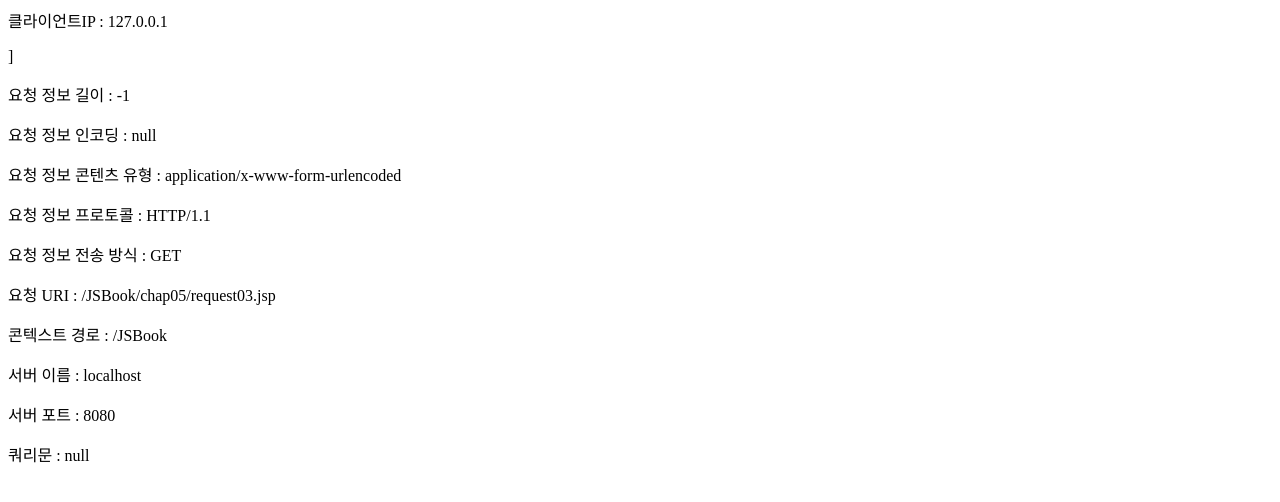
Repository: seonyoungan/ssu-computer
Page: http://localhost/JSBook/chap05/request03.jsp
These files come from the project's save history. The page is drawn as it stood at one moment and after the next save; the edit follows.
The browser window is 1280 px wide. The pictures show the whole page.
The page is served by Tomcat 9. Other server files are loaded and not shown.

Above is the page before, as saved 2023-10-02 05:57:30.

### web-programming/JSBook/WebContent/chap05/request03.jsp
<%@ page contentType="text/html; charset=utf-8" %>
<html>
<head>
<title>Implicit Object</title>
</head>
<body>

<p> 클라이언트IP : <%=request.getRemoteAddr() %></p>]
<p> 요청 정보 길이 : <%=request.getContentLength() %></p>
<p> 요청 정보 인코딩 : <%=request.getCharacterEncoding() %></p>
<p> 요청 정보 콘텐츠 유형 : <%=request.getContentType() %></p>
<p> 요청 정보 프로토콜 : <%=request.getProtocol() %></p>
<p> 요청 정보 전송 방식 : <%=request.getMethod() %></p>
<p> 요청 URI : <%=request.getRequestURI() %></p>
<p> 콘텍스트 경로 : <%=request.getContextPath() %></p>
<p> 서버 이름 : <%=request.getServerName() %></p>
<p> 서버 포트 : <%=request.getServerPort() %></p>
<p> 쿼리문 : <%=request.getQueryString() %></p>

</body>

</html>

After the next save:
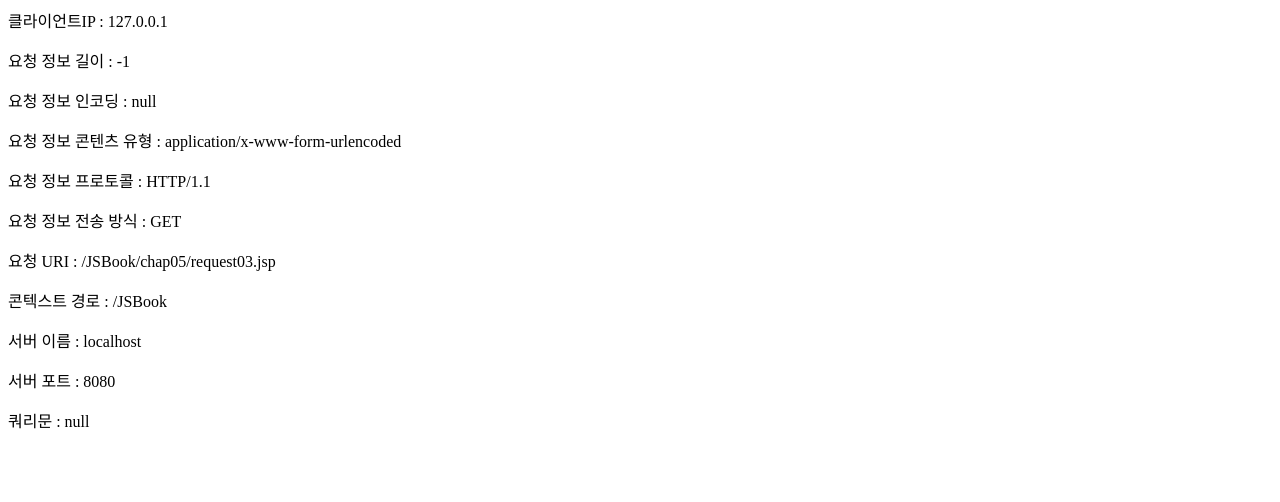
Saved 14 s later.
--- a/web-programming/JSBook/WebContent/chap05/request03.jsp
+++ b/web-programming/JSBook/WebContent/chap05/request03.jsp
@@ -5,7 +5,7 @@
 </head>
 <body>
 
-<p> 클라이언트IP : <%=request.getRemoteAddr() %></p>]
+<p> 클라이언트IP : <%=request.getRemoteAddr() %></p>
 <p> 요청 정보 길이 : <%=request.getContentLength() %></p>
 <p> 요청 정보 인코딩 : <%=request.getCharacterEncoding() %></p>
 <p> 요청 정보 콘텐츠 유형 : <%=request.getContentType() %></p>
